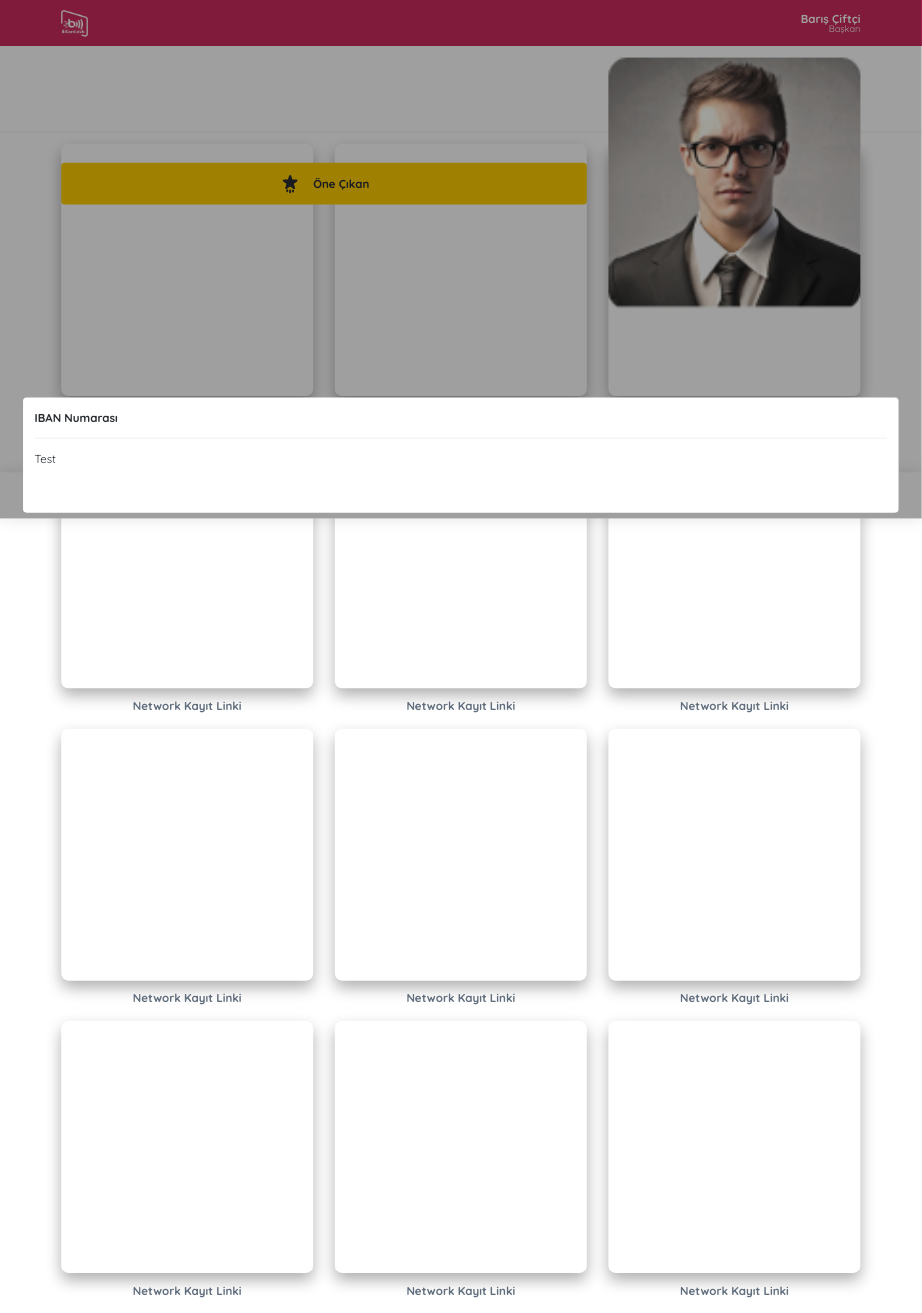
Repository: KayahanKahriman/bicard
Page: index.html
These files come from the project's save history. The page is drawn as it stood at one moment and after the next save; the edit follows.
The browser window is 1280 px wide. The pictures show the whole page, at 72% of full size.
After loading, the first visible `.icon-grid-item-icon > a` was clicked once.
The style sheet was rebuilt from its Sass, Less or Tailwind sources for each picture, by a compiler version that may differ from the author's.

Above is the page before, as saved 2021-12-01 17:47:35.

After the next save:
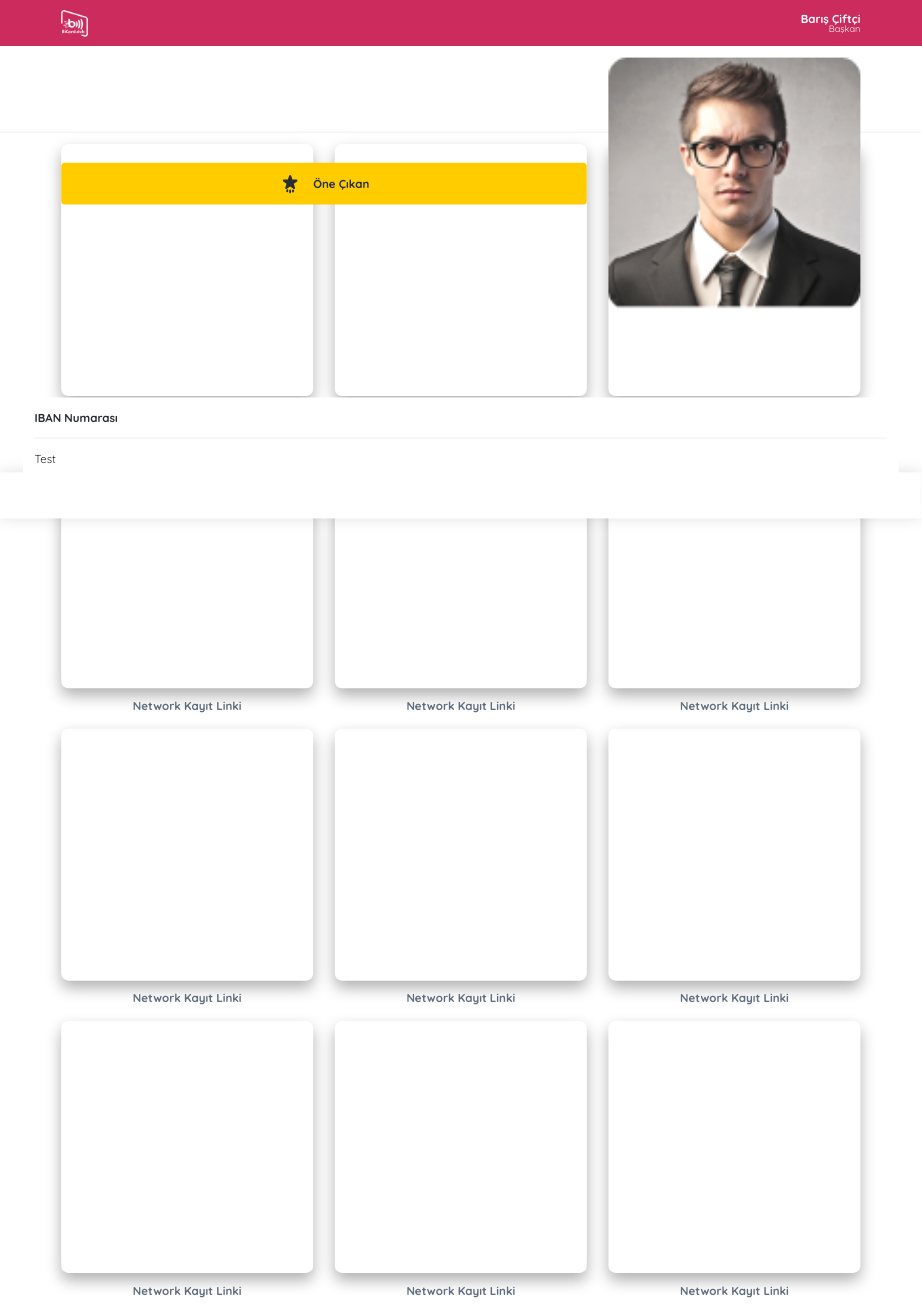
Console error: TypeError: Cannot read properties of null (reading 'style')
Saved 7 min 14 s later.
--- a/assets/js/index.js
+++ b/assets/js/index.js
@@ -12,6 +12,7 @@
 Array.from(popup_links).forEach((element) => {
   element.addEventListener("click", () => {
     inline_popup.classList.remove("hide-content");
+    document.querySelector("#grid-icons").style.pointerEvents = "none";
     appender("body", "span", "body-overlay");
   });
 });

After the save that followed:
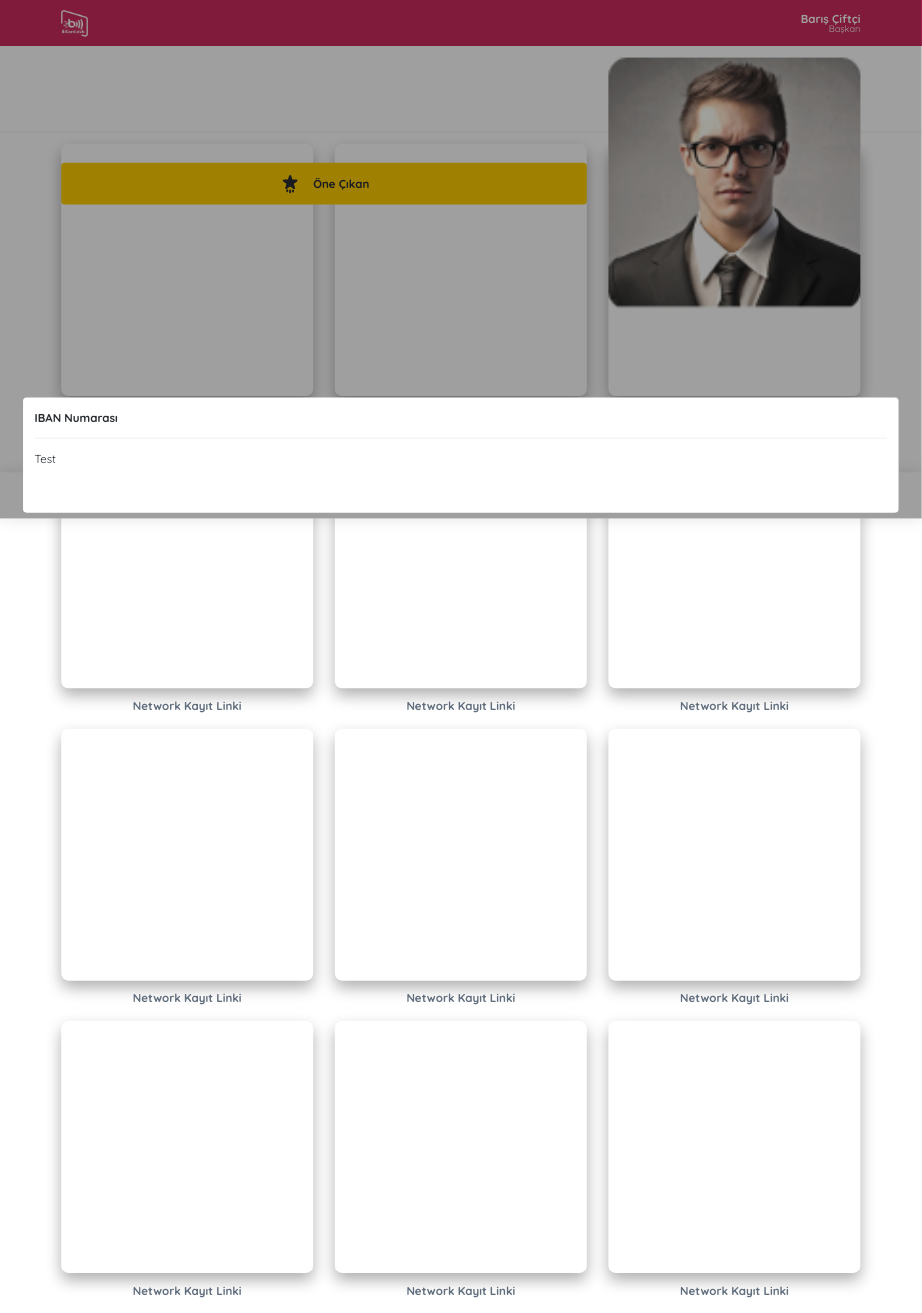
The error is gone.
Saved 16 s later.
--- a/assets/js/index.js
+++ b/assets/js/index.js
@@ -12,7 +12,7 @@
 Array.from(popup_links).forEach((element) => {
   element.addEventListener("click", () => {
     inline_popup.classList.remove("hide-content");
-    document.querySelector("#grid-icons").style.pointerEvents = "none";
+    document.querySelector("#icon-grid").style.pointerEvents = "none";
     appender("body", "span", "body-overlay");
   });
 });
